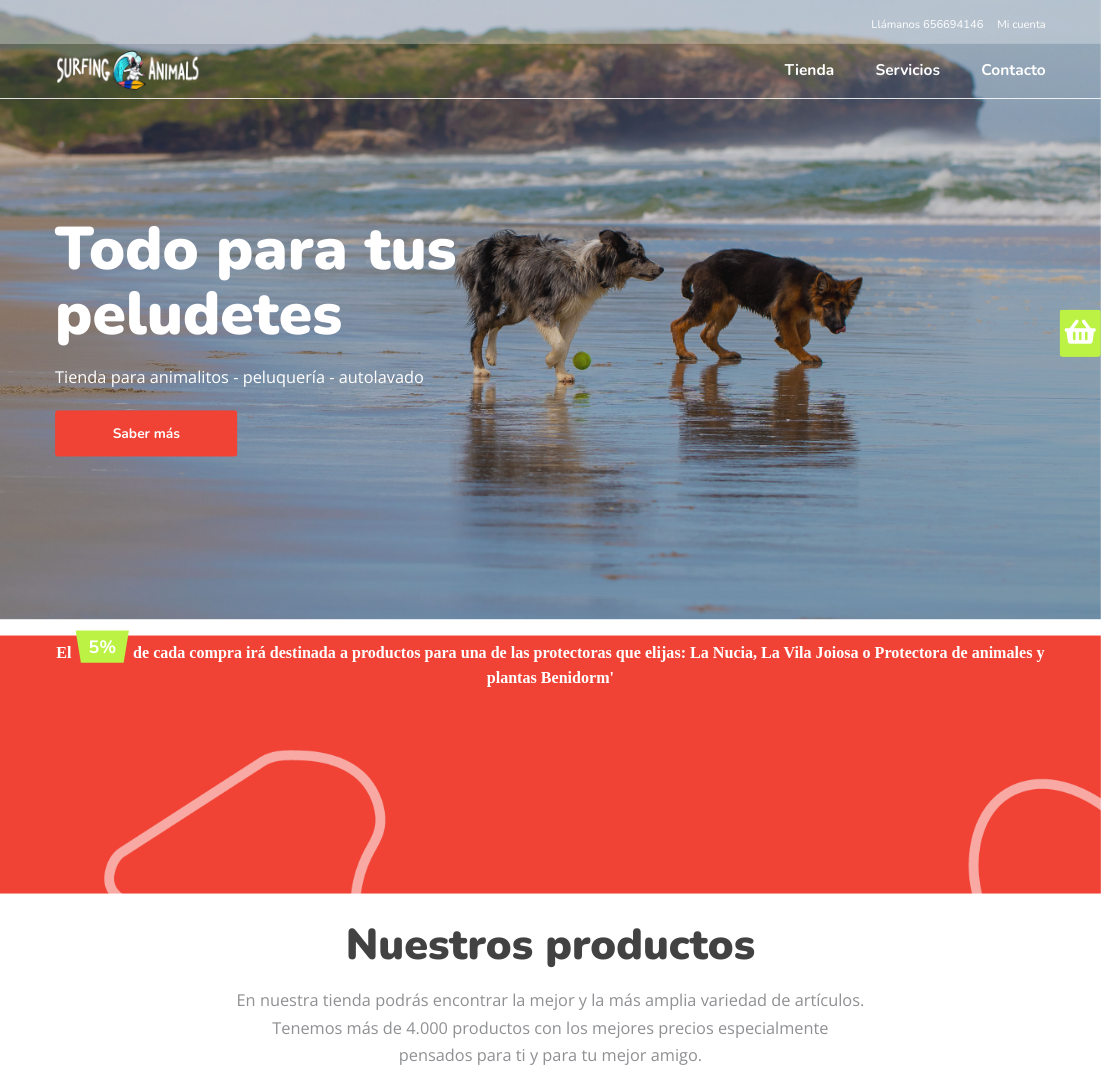
Repository: MarilynCuore/landingVet
Page: index.html
An editor plug-in stored every save of this project. The page is shown before and after the next save, followed by the edit.
The browser window is 1280 px wide. The pictures show the part of the page from y = 0 to 1256 px (the page is 2983 px tall before and 2964 px after), at 86% of full size.
Pictures or frames that could not be fetched are drawn as grey boxes. Some web libraries are served in a nearby version. The style sheet was rebuilt from its Sass, Less or Tailwind sources for each picture, by a compiler version that may differ from the author's.

Above is the page before, as saved 2020-06-25 14:09:54.

After the next save:
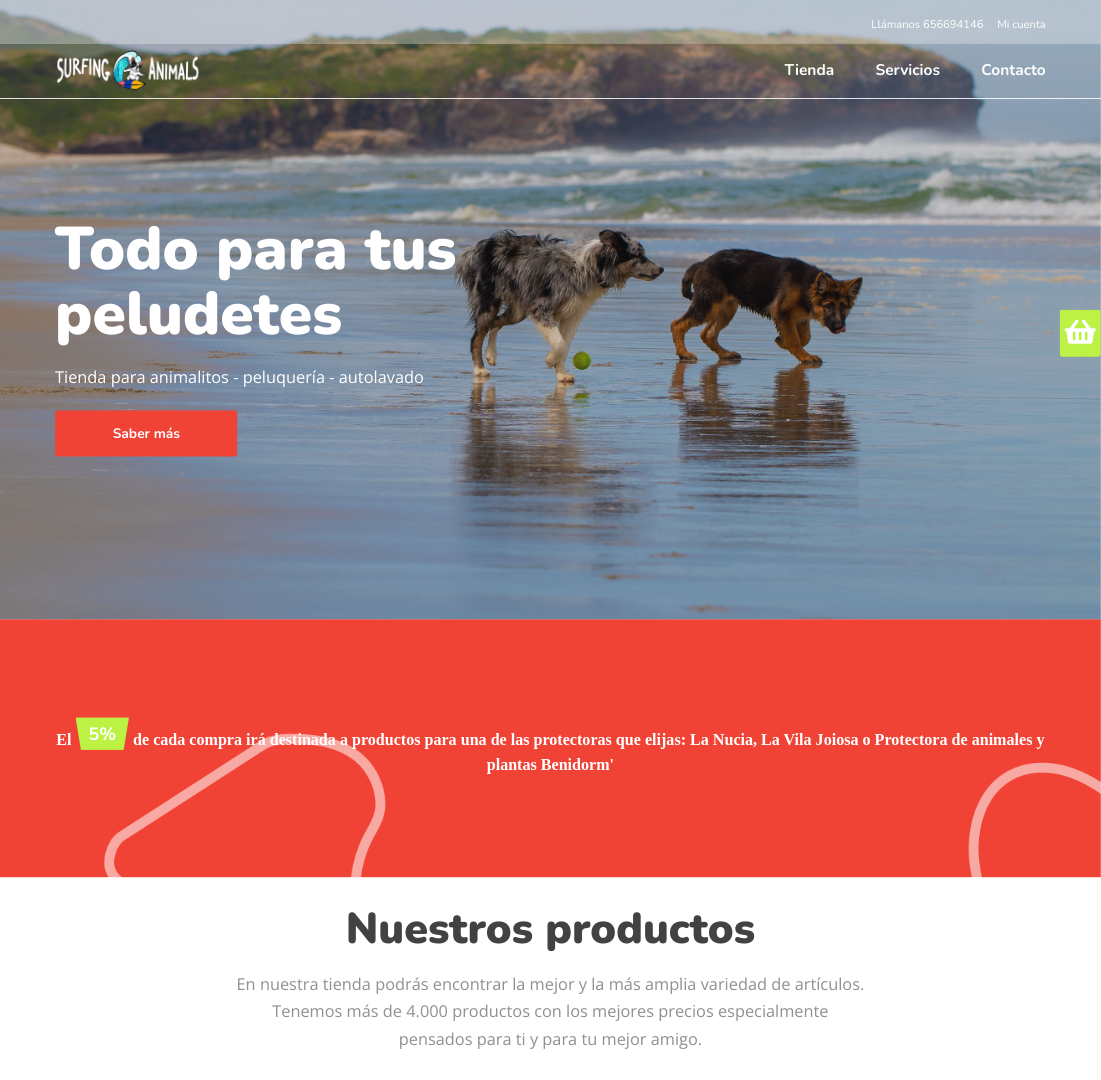
Saved 75 s later.
--- a/main.scss
+++ b/main.scss
@@ -260,9 +260,15 @@ section {
     background-position: center;
     background-repeat: no-repeat;
     .container{
+      display: flex;
+      flex-direction: column;
+      align-items: center;
+      justify-content: center;
+      height: 100%;
       h3{
         color:white;
         text-align: center;
+        margin: 0;
       }
       span{
         transform: translateY(-6px);
